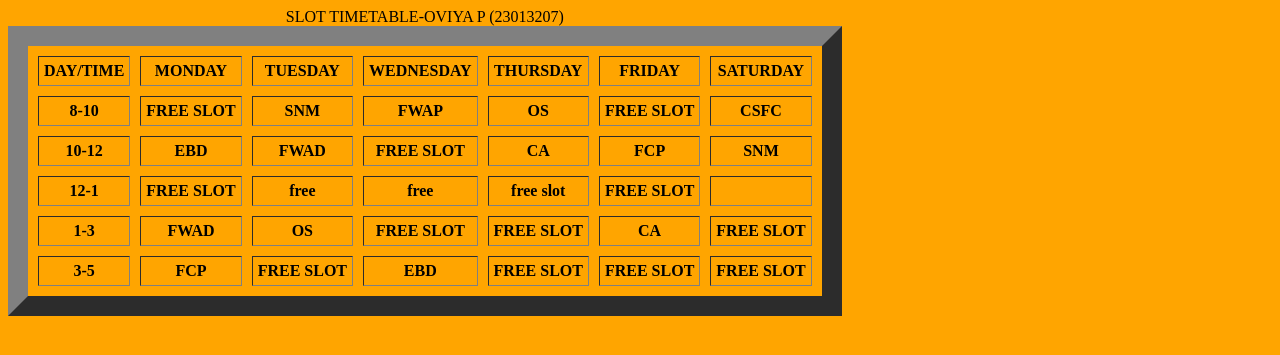
Repository: Oviya24032K6/slot
Page: oviya/static/time.html
These files come from the project's save history. The page is drawn as it stood at one moment and after the next save; the edit follows.
The browser window is 1280 px wide. The pictures show the whole page.

Above is the page before, as saved 2024-03-13 15:11:53.

After the next save:
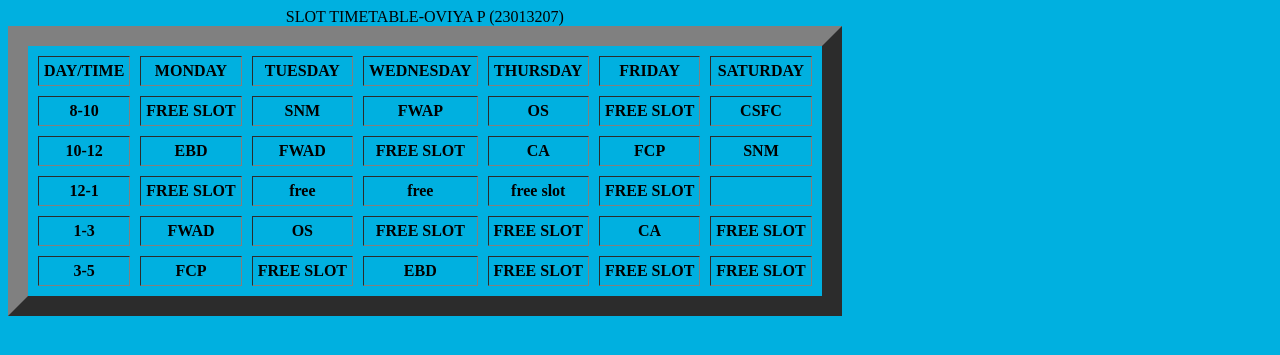
Saved 53 s later.
--- a/oviya/static/time.html
+++ b/oviya/static/time.html
@@ -2,7 +2,7 @@
     <head>
         <title>SLOT TIMETABLE-OVIYA P (23013207)</title>
     </head>
-    <body bgcolor="orange" align="center" >
+    <body bgcolor="sky blue" align="center" >
     <table align="left" border="20" cellspacing="10" cellpadding="5">
     <caption>SLOT TIMETABLE-OVIYA P (23013207)</caption>
         <tr>
